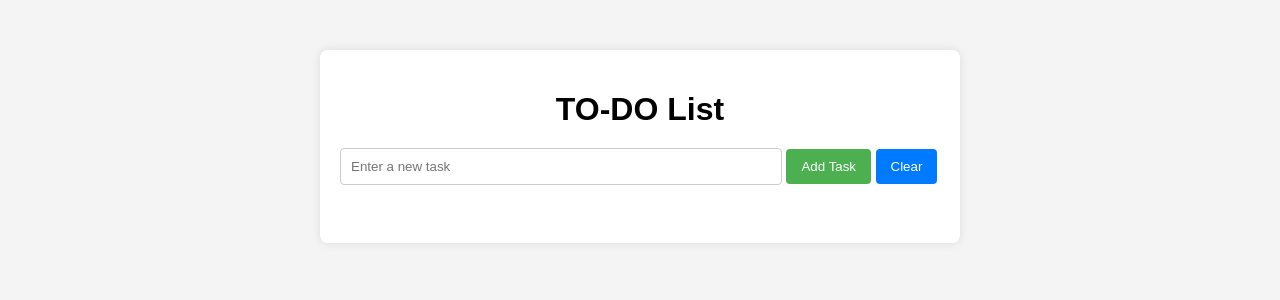
Repository: vpriyankaprabhu/to-do-list
Page: index.html
The author's editor kept a copy of each file at every save. The page is drawn from the files as they stood at one save, then again after the next save.
The browser window is 1280 px wide. The pictures show the whole page.

Above is the page before, as saved 2025-01-12 16:42:02.

### index.html
<!DOCTYPE html>
<html lang="en">
<head>
    <meta charset="UTF-8">
    <meta name="viewport" content="width=device-width, initial-scale=1.0">
    <title>To-Do List with Timer</title>
    <script src="https://code.jquery.com/jquery-1.12.3.min.js" integrity="sha256-aaODHAgvwQW1bFOGXMeX+pC4PZIPsvn2h1sArYOhgXQ=" crossorigin="anonymous"></script>
    <script src="js/script.js"></script>
    <link rel="stylesheet" href="css/style.css">
</head>
<body>
    <div class="container">
        <h1>TO-DO List </h1>

        <!-- Task Input -->
        <div>
            <input type="text" id="task-input" placeholder="Enter a new task" />
            <button id="add-task">Add Task</button>
            <button id="clear-task">Clear</button>
        </div>
        <br/>

        <!-- Timer Display -->
        <div id="timer-display" class="hidden">
            <span id="timer">00:00</span>
            <button id="start-timer">Start Timer</button>
            <button id="stop-timer">Stop Timer</button>
            <button id="reset-timer">Reset Timer</button>
        </div>

        <!-- Task List -->
        <ul id="task-list">
        </ul>
    </div>
</body>
</html>

### js/script.js
$(function () {
    var timerInterval;
    var time = 0; // in seconds
    var isTimerRunning = false;


    $('#add-task').click(function() {
        const taskText = $('#task-input').val();
        if (taskText !== "") {
            const taskItem = $('<li class="task-item"></li>');
            taskItem.text(taskText+"  ");
            const deleteButton = $('<button class="delete-task">Delete</button><br/>');
            taskItem.append(deleteButton);
            $('#task-list').append(taskItem);

            // Add delete functionality
            deleteButton.click(function() {
                taskItem.remove();
            });

            // Show timer when the first task is added
            if ($('#task-list li').length === 1) {
                $('#timer-display').removeClass('hidden');
            }

            // Clear the input field
            $('#task-input').val('');
        }
    });

    $('#clear-task').click(function() {
        // Clear the input field
        $('#task-input').val('');
    });

    $('#start-timer').click(function() {
        if (!isTimerRunning) {
            isTimerRunning = true;
            timerInterval = setInterval(function() {
                time++;
                const minutes = Math.floor(time / 60);
                const seconds = time % 60;
                $('#timer').text(`${String(minutes).padStart(2, '0')}:${String(seconds).padStart(2, '0')}`);
            }, 1000);
        }
    });

    $('#stop-timer').click(function() {
        if (isTimerRunning) {
            clearInterval(timerInterval);
            isTimerRunning = false;
        }
    });

    $('#reset-timer').click(function() {
        clearInterval(timerInterval);
        isTimerRunning = false;
        time = 0
        $('#timer').text(`${String(0).padStart(2, '0')}:${String(0).padStart(2, '0')}`);
    });
});

### css/style.css
.hidden {
    display: none;
}

body {
    font-family: Arial, sans-serif;
    background-color: #f4f4f4;
    margin: 0;
    padding: 0;
}

.container {
    max-width: 600px;
    margin: 50px auto;
    background-color: white;
    padding: 20px;
    border-radius: 8px;
    box-shadow: 0 0 10px rgba(0, 0, 0, 0.1);
}

h1 {
    text-align: center;
    margin-bottom: 20px;
}

#task-input {
    padding: 10px;
    width: 70%;
    border: 1px solid #ccc;
    border-radius: 4px;
}

#add-task {
    padding: 10px 15px;
    background-color: #4CAF50;
    color: white;
    border: none;
    border-radius: 4px;
    cursor: pointer;
}

#add-task:hover {
    background-color: #45a049;
}

#timer-display {
    margin-top: 20px;
    text-align: center;
}

#timer {
    font-size: 30px;
    margin-right: 10px;
}

button {
    padding: 10px 15px;
    border: none;
    background-color: #007BFF;
    color: white;
    border-radius: 4px;
    cursor: pointer;
}

button:hover {
    background-color: #0056b3;
}

ul {
    list-style-type: none;
    padding: 0;
    margin-top: 20px;
}

li {
    background-color: #efefef;
    padding: 10px;
    margin-bottom: 10px;
    display: flex;
    justify-content: space-between;
    border-radius: 4px;
}

.delete-task {
    background-color: red;
    color: white;
    border: none;
    border-radius: 4px;
    cursor: pointer;
}

.delete-task:hover {
    background-color: #d43f3a;
}

After the next save:
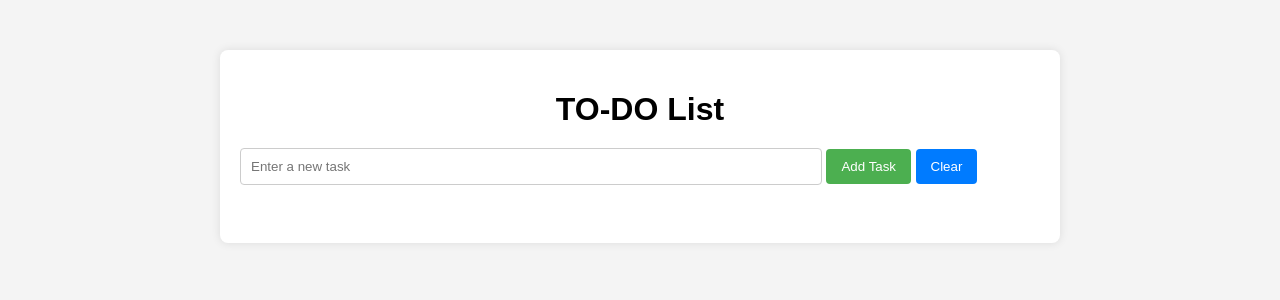
Saved 16 s later.
--- a/css/style.css
+++ b/css/style.css
@@ -10,7 +10,7 @@ body {
 }
 
 .container {
-    max-width: 600px;
+    max-width: 800px;
     margin: 50px auto;
     background-color: white;
     padding: 20px;
